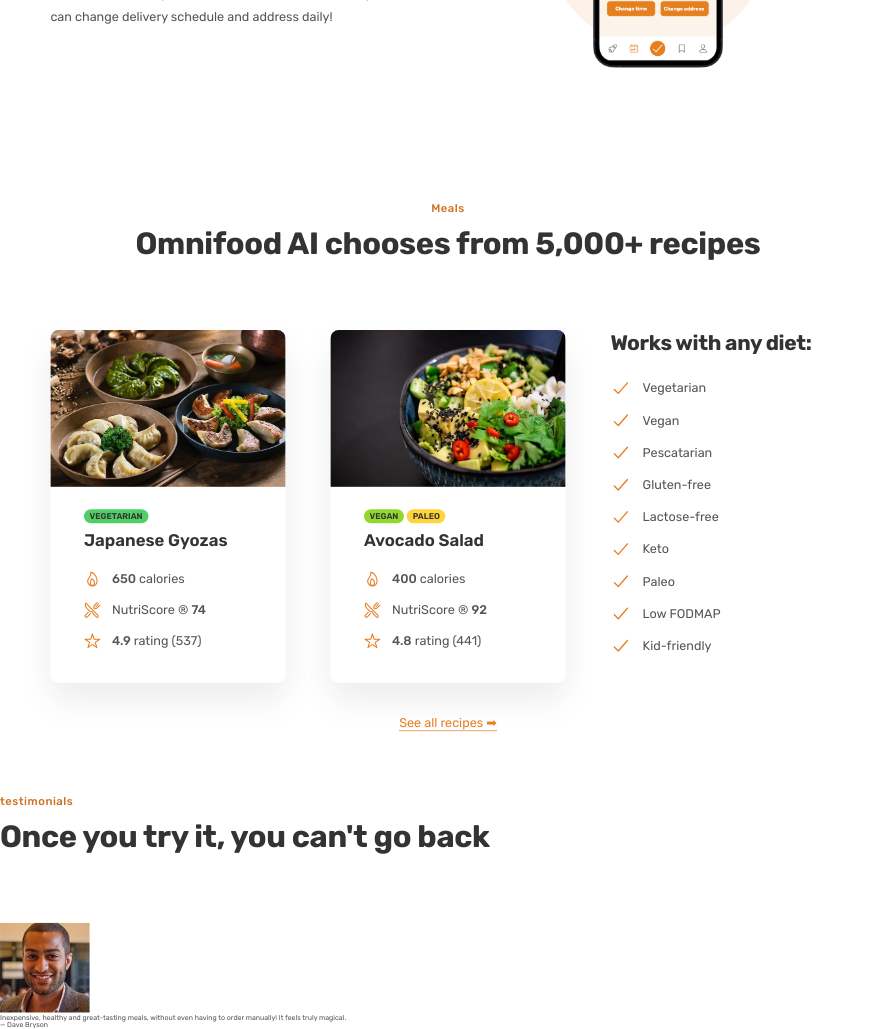
Repository: TranPhucThinh/Omnifood
Page: index.html
The author's editor kept a copy of each file at every save. The page is drawn from the files as they stood at one save, then again after the next save.
The browser window is 1280 px wide. The pictures show the part of the page from y = 2458 to 4378 px (the page is 3928 px tall before and 4378 px after), at 70% of full size.

Above is the page before, as saved 2022-08-06 21:25:48.

### index.html
<!DOCTYPE html>
<html lang="en">

<head>
    <meta charset="UTF-8">
    <meta http-equiv="X-UA-Compatible" content="IE=edge">
    <meta name="viewport" content="width=device-width, initial-scale=1.0">

    <link rel="preconnect" href="https://fonts.googleapis.com">
    <link rel="preconnect" href="https://fonts.gstatic.com" crossorigin>
    <link href="https://fonts.googleapis.com/css2?family=Rubik:wght@300;400;500;600;700;800;900&display=swap"
        rel="stylesheet">

    <link rel="stylesheet" href="./assets/styles/general.css">
    <link rel="stylesheet" href="./assets/styles/style.css">

    <title>Omnifood</title>
</head>

<body>
    <!-- SECTION HEADER -->
    <div class="header">
        <a href="#">
            <img src="./assets/imgs/omnifood-logo.png" alt="Omnifood logo" class="header-logo">
        </a>
        <nav class="main-nav">
            <ul class="main-nav-list">
                <li>
                    <a href="#" class="main-nav-link">How it works</a>
                </li>
                <li>
                    <a href="#" class="main-nav-link">Meals</a>
                </li>
                <li>
                    <a href="#" class="main-nav-link">Testimonials</a>
                </li>
                <li>
                    <a href="#" class="main-nav-link">Pricing</a>
                </li>
                <li>
                    <a href="#" class="main-nav-link nav-btn">Try for free</a>
                </li>
            </ul>
        </nav>
    </div>
    <!-- End of SECTION HEADER -->

    <!-- SECTION HERO -->
    <section class="section-hero">
        <div class="hero">
            <div class="hero-text-box">
                <h1 class="heading-primary">A healthy meal delivered to your door, every single day</h1>
                <p class="hero-desc margin-bottom-md">The smart 365-days-per-year food subscription that will make you
                    eat healthy again.
                    Tailored to your personal tastes and nutritional needs.</p>
                <a href="#" class="btn btn--full margin-right-sm">Start eating well</a>
                <a href="#" class="btn btn--outline">Learn more ⬇</a>
                <div class="delivered-meals">
                    <div class="delivered-imgs">
                        <img src="./assets/imgs/customers/customer-1.jpg" alt="customer 1">
                        <img src="./assets/imgs/customers/customer-2.jpg" alt="customer 2">
                        <img src="./assets/imgs/customers/customer-3.jpg" alt="customer 3">
                        <img src="./assets/imgs/customers/customer-4.jpg" alt="customer 4">
                        <img src="./assets/imgs/customers/customer-5.jpg" alt="customer 5">
                        <img src="./assets/imgs/customers/customer-6.jpg" alt="customer 6">
                    </div>
                    <p class="delivered-text">
                        <span>250,000+</span> meals delivered last year!
                    </p>
                </div>
            </div>
            <div class="hero-img-box">
                <img src="./assets/imgs/hero.png"
                    alt="woman enjoy food, meals in storage container, and food bowls on a table" class="hero-img">
            </div>
        </div>
    </section>
    <!-- End of SECTION HERO -->

    <!-- SECTION FEATURED -->
    <section class="section-featured">
        <div class="container">
            <h2 class="heading-feature-in">As featured in</h2>
            <div class="logos">
                <img src="./assets/imgs/logos/techcrunch.png" alt="Techcrunch logo">
                <img src="./assets/imgs/logos/business-insider.png" alt="business insider logo">
                <img src="./assets/imgs/logos/the-new-york-times.png" alt="The new york time logo">
                <img src="./assets/imgs/logos/forbes.png" alt="Forbes logo">
                <img src="./assets/imgs/logos/usa-today.png" alt="Usa today logo">
            </div>
        </div>
    </section>
    <!-- End of SECTION FEATURED -->

    <!-- SECTION HOW IT WORKS -->
    <section class="section-how">
        <div class="container">
            <p class="subheading">HOW IT WORKS</p>
            <h2 class="heading-secondary">Your daily dose of health in 3 simple steps</h2>
        </div>
        <div class="container grid grid--2-cols grid--center-vertical">
            <!-- STEP 1 -->
            <div class="step-text-box">
                <div class="step-number">01</div>
                <h3 class="heading-tertiary">Tell us what you like (and what not)</h3>
                <p class="step-desc">Never again waste time thinking about what to eat! Omnifood AI will create a 100%
                    personalized weekly meal plan just for you. It makes sure you get all the nutrients and vitamins you
                    need, no matter what diet you follow!</p>
            </div>
            <div class="step-img-box">
                <img src="./assets/imgs/app/app-screen-1.png" alt="iPhone app preferences selection screen"
                    class="step-img">
            </div>

            <!-- STEP 2 -->
            <div class="step-img-box">
                <img src="./assets/imgs/app/app-screen-2.png" alt="iPhone app
                meal approving plan screen" class="step-img">
            </div>
            <div class="step-text-box">
                <div class="step-number">02</div>
                <h3 class="heading-tertiary">Approve your weekly meal plan</h3>
                <p class="step-desc">Once per week, approve the meal plan generated for you by Omnifood AI. You can
                    change ingredients, swap entire meals, or even add your own recipes.</p>
            </div>

            <!-- STEP 3 -->
            <div class="step-text-box">
                <div class="step-number">03</div>
                <h3 class="heading-tertiary">Receive meals at convenient time</h3>
                <p class="step-desc">Best chefs in town will cook your selected meal every day, and we will deliver it
                    to your door whenever works best for you. You can change delivery schedule and address daily!</p>
            </div>
            <div class="step-img-box">
                <img src="./assets/imgs/app/app-screen-3.png" alt="iPhone app
                delivery screen" class="step-img">
            </div>
        </div>
    </section>
    <!-- End of SECTION HOW IT WORKS -->

    <!-- SECTION MEALS -->
    <section class="section-meals">
        <div class="container center-text">
            <p class="subheading">Meals</p>
            <h2 class="heading-secondary">Omnifood AI chooses from 5,000+ recipes</h2>
        </div>
        <div class="container grid grid--3-cols margin-bottom-md">
            <div class="meal">
                <img src="./assets/imgs/meals/meal-1.jpg" alt="Japanese Gyozas" class="meal-img">
                <div class="meal-content">
                    <div class="meal-tag">
                        <p class="tag tag--vegetarian">vegetarian</p>
                    </div>
                    <p class="meal-title">Japanese Gyozas</p>
                    <ul class="meal-attributes">
                        <li class="meal-attribute">
                            <ion-icon class="meal-icon" name="flame-outline"></ion-icon>
                            <span><strong>650</strong> calories</span>
                        </li>
                        <li class="meal-attribute">
                            <ion-icon class="meal-icon" name="restaurant-outline"></ion-icon>
                            <span>NutriScore ® <strong>74</strong></span>
                        </li>
                        <li class="meal-attribute">
                            <ion-icon class="meal-icon" name="star-outline"></ion-icon>
                            <span><strong>4.9</strong> rating (537)</span>
                        </li>
                    </ul>
                </div>
            </div>
            <div class="meal">
                <img src="./assets/imgs/meals/meal-2.jpg" alt="Avocado Salad" class="meal-img">
                <div class="meal-content">
                    <div class="meal-tag">
                        <p class="tag tag--vegan">vegan</p>
                        <p class="tag tag---paleo">paleo</p>
                    </div>
                    <p class="meal-title">Avocado Salad</p>
                    <ul class="meal-attributes">
                        <li class="meal-attribute">
                            <ion-icon class="meal-icon" name="flame-outline"></ion-icon>
                            <span><strong>400</strong> calories</span>
                        </li>
                        <li class="meal-attribute">
                            <ion-icon class="meal-icon" name="restaurant-outline"></ion-icon>
                            <span>NutriScore ® <strong>92</strong></span>
                        </li>
                        <li class="meal-attribute">
                            <ion-icon class="meal-icon" name="star-outline"></ion-icon>
                            <span><strong>4.8</strong> rating (441)</span>
                        </li>
                    </ul>
                </div>
            </div>
            <div class="diet">
                <h3 class="heading-tertiary">Works with any diet:</h3>
                <ul class="list">
                    <li class="list-item">
                        <ion-icon class="list-icon" name="checkmark-outline"></ion-icon>
                        <span>Vegetarian</span>
                    </li>
                    <li class="list-item">
                        <ion-icon class="list-icon" name="checkmark-outline"></ion-icon>
                        <span>Vegan</span>
                    </li>
                    <li class="list-item">
                        <ion-icon class="list-icon" name="checkmark-outline"></ion-icon>
                        <span>Pescatarian</span>
                    </li>
                    <li class="list-item">
                        <ion-icon class="list-icon" name="checkmark-outline"></ion-icon>
                        <span>Gluten-free</span>
                    </li>
                    <li class="list-item">
                        <ion-icon class="list-icon" name="checkmark-outline"></ion-icon>
                        <span>Lactose-free</span>
                    </li>
                    <li class="list-item">
                        <ion-icon class="list-icon" name="checkmark-outline"></ion-icon>
                        <span>Keto</span>
                    </li>
                    <li class="list-item">
                        <ion-icon class="list-icon" name="checkmark-outline"></ion-icon>
                        <span>Paleo</span>
                    </li>
                    <li class="list-item">
                        <ion-icon class="list-icon" name="checkmark-outline"></ion-icon>
                        <span>Low FODMAP</span>
                    </li>
                    <li class="list-item">
                        <ion-icon class="list-icon" name="checkmark-outline"></ion-icon>
                        <span>Kid-friendly</span>
                    </li>
                </ul>
            </div>
        </div>
        <div class="container all-recipes center-text">
            <a href="#" class="link">See all recipes ➡</a>
        </div>
    </section>
    <!-- End of SECTION MEALS -->

    <!-- SECTION TESTIMONIALS -->
    <div class="section-testimonials">
        <div class="testimonials-container">
            <div class="subheading">testimonials</div>
            <div class="heading-secondary">Once you try it, you can't go back</div>
            <div class="testimonials">
                <div class="testimonial">
                    <img src="./assets/imgs/customers/dave.jpg" alt="image dave" class="testimonial-img">
                    <blockquote class="testimonial-text">Inexpensive, healthy and great-tasting meals, without even
                        having to order manually! It feels truly magical.</blockquote>
                    <p class="testimonial-name">— Dave Bryson</p>
                </div>
            </div>
        </div>
        <div class="gallery">

        </div>
    </div>
    <!-- End of SECTION TESTIMONIALS -->

    <script type="module" src="https://unpkg.com/ionicons@5.5.2/dist/ionicons/ionicons.esm.js"></script>
    <script nomodule src="https://unpkg.com/ionicons@5.5.2/dist/ionicons/ionicons.js"></script>
</body>

</html>

### assets/styles/general.css
* {
  margin: 0;
  padding: 0;
  box-sizing: border-box;
}

html {
  font-size: 62.5%;
}

body {
  font-family: 'Rubik', sans-serif;
  line-height: 1;
  font-weight: 400;
  color: #555;
}

/* GENERAL REUSABLE COMPONENTS */
.container {
  max-width: 120rem;
  padding: 0 3.2rem;
  margin: 0 auto;
}

.grid {
  display: grid;
  row-gap: 9.6rem;
  column-gap: 6.4rem;
}

.grid--2-cols {
  grid-template-columns: repeat(2, 1fr);
}

.grid--3-cols {
  grid-template-columns: repeat(3, 1fr);
}

.grid--4-cols {
  grid-template-columns: repeat(4, 1fr);
}

.grid--center-vertical {
  align-items: center;
}

.heading-primary,
.heading-secondary,
.heading-tertiary {
  letter-spacing: -0.5px;
  color: #333;
  font-weight: 700;
}

.heading-primary {
  line-height: 1.05;
  font-size: 5.2rem;
  margin-bottom: 3.2rem;
}

.heading-secondary {
  font-size: 4.4rem;
  line-height: 1.2;
  margin-bottom: 9.6rem;
}

.heading-tertiary {
  font-size: 3rem;
  line-height: 1.2;
  margin-bottom: 3.2rem;
}

.subheading {
  font-size: 1.6rem;
  color: #cf711f;
  margin-bottom: 1.6rem;
  font-weight: 500;
  letter-spacing: 0.75px;
}

.hero-text-box .btn:link,
.hero-text-box .btn:visited {
  text-decoration: none;
  font-size: 2rem;
  font-weight: 600;
  display: inline-block;
  border-radius: 8px;
  padding: 1.6rem 3.2rem;
  transition: all 0.3s;
}

.hero-text-box .btn--full:link,
.hero-text-box .btn--full:visited {
  color: #fff;
  background-color: #e67e22;
}

.hero-text-box .btn--full:hover,
.hero-text-box .btn--full:active {
  background-color: #cf711f;
}

.hero-text-box .btn--outline:link,
.hero-text-box .btn--outline:visited {
  color: #555;
  background-color: #fff;
  border: -4px solid #fff;
}

.hero-text-box .btn--outline:hover,
.hero-text-box .btn--outline:active {
  background-color: #fdf2e9;
}

.step-img-box::before,
.step-img-box::after {
  content: '';
  display: block;
  position: absolute;
  top: 50%;
  left: 50%;
  transform: translate(-50%, -50%);
  border-radius: 50%;
}

.center-text {
  text-align: center;
}

.margin-right-sm {
  margin-right: 1.6rem !important;
}

.margin-bottom-md {
  margin-bottom: 4.8rem !important;
}
/* END of GENERAL REUSABLE COMPONENTS */

### assets/styles/style.css
/* Section Header */
.header {
  display: flex;
  justify-content: space-between;
  height: 9.6rem;
  align-items: center;
  padding: 0 4.8rem;
  background-color: #fdf2e9;
}

.header-logo {
  height: 2.2rem;
}

.main-nav-list {
  display: flex;
  list-style-type: none;
  gap: 3.2rem;
}

.main-nav-link:link,
.main-nav-link:visited {
  text-decoration: none;
  font-size: 1.8rem;
  color: #333;
  font-weight: 500;
  transition: all 0.3s;
}

.main-nav-link:hover,
.main-nav-link:active {
  color: #cf711f;
}

.main-nav-link.nav-btn:link,
.main-nav-link.nav-btn:visited {
  padding: 1.2rem 2.4rem;
  border-radius: 9px;
  background-color: #e67e22;
  color: #fff;
}

.main-nav-link.nav-btn:hover,
.main-nav-link.nav-btn:active {
  color: #fff;
  background-color: #cf711f;
}
/* End of Section Header */

/* Section Hero */
.section-hero {
  background-color: #fdf2e9;
  padding: 4.8rem 0 9.6rem;
}

.hero {
  max-width: 130rem;
  margin: 0 auto;
  display: grid;
  grid-template-columns: 1fr 1fr;
  gap: 9.6rem;
  padding: 0 3.2rem;
  align-items: center;
}

.hero-text-box .hero-desc {
  font-size: 2rem;
  color: #555;
  line-height: 1.6;
  /* margin-bottom: 4.8rem; */
}

.hero-img-box .hero-img {
  width: 100%;
}

.delivered-meals {
  margin-top: 8rem;
  display: flex;
  align-items: center;
  gap: 1.6rem;
}

.delivered-imgs {
  display: flex;
}

.delivered-imgs img {
  width: 4.8rem;
  height: 4.8rem;
  border-radius: 50%;
  border: 3px solid #fff;
  margin-right: -1.6rem;
}

.delivered-imgs img:last-child {
  margin-right: 0;
}

.delivered-text {
  font-size: 1.8rem;
  font-weight: 600;
}

.delivered-text span {
  font-weight: 700;
  color: #cf711f;
}
/* End of Section Hero */

/* Section featured */
.section-featured {
  padding: 4.8rem 0 3.2rem;
}
.logos {
  display: flex;
  justify-content: space-around;
}

.heading-feature-in {
  font-size: 1.4rem;
  text-transform: uppercase;
  letter-spacing: 0.75px;
  font-weight: 500;
  color: #888;
  text-align: center;
  margin-bottom: 2.4rem;
}

.section-featured img {
  height: 3.2rem;
  filter: brightness(0%);
  opacity: 0.5;
}
/* End of Section featured */

/* Section how it works */
.section-how {
  padding: 9.6rem 0;
}
.step-number {
  font-size: 8.6rem;
  color: #ddd;
  font-weight: 600;
  margin-bottom: 1.2rem;
}

.step-desc {
  font-size: 1.8rem;
  color: #555;
  line-height: 1.8;
}

.step-img-box {
  text-align: center;
  position: relative;
}

.step-img-box::before {
  width: 60%;
  padding-bottom: 60%;

  background-color: #fdf2e9;
  z-index: -2;
}

.step-img-box::after {
  width: 45%;
  padding-bottom: 45%;
  background-color: #fae5d3;
  z-index: -1;
}

.step-img {
  width: 35%;
}
/* End of Section how it works */

/* Section meals */
.section-meals {
  padding: 9.6rem 0;
}
.meal {
  border-radius: 12px;
  overflow: hidden;
  box-shadow: 0 2.4rem 4.8rem rgb(0 0 0 / 8%);
  transition: all 0.4s;
}

.meal:hover {
  transform: translateY(-1.2rem);
}

.meal-img {
  width: 100%;
  display: block;
}

.meal-content {
  padding: 3.2rem 4.8rem 4.8rem;
}

.meal-tag {
  margin-bottom: 1.2rem;
}

.tag {
  display: inline-block;
  font-size: 1.2rem;
  text-transform: uppercase;
  color: #333;
  font-weight: 600;
  padding: 4px 8px;
  border-radius: 12px;
}

.tag--vegetarian {
  background-color: #51cf66;
}

.tag--vegan {
  background-color: #94d82d;
  margin-right: 2px;
}

.tag---paleo {
  background-color: #ffd43b;
}

.meal-title {
  font-size: 2.4rem;
  color: #333;
  font-weight: 600;
  margin-bottom: 3.2rem;
}

.meal-attributes {
  list-style-type: none;
  display: flex;
  flex-direction: column;
  justify-content: space-between;
  gap: 2rem;
}

.meal-attribute {
  font-size: 1.8rem;
  display: flex;
  gap: 1.6rem;
  align-items: center;
}

.meal-attribute strong {
  font-weight: 500;
}

.meal-attribute .meal-icon {
  width: 2.4rem;
  height: 2.4rem;
  color: #e67e22;
}

.list {
  list-style-type: none;
  display: flex;
  flex-direction: column;
  gap: 1.6rem;
}

.list-item {
  display: flex;
  gap: 1.6rem;
  align-items: center;
  font-size: 1.8rem;
}

.list-icon {
  width: 3rem;
  height: 3rem;
  color: #e67e22;
}

.link:link,
.link:visited {
  font-size: 1.8rem;
  border-bottom: 1px solid #e67e22;
  color: #e67e22;
  text-decoration: none;
  transition: all 0.3s;
}

.link:hover,
.link:active {
  color: #cf711f;
  border-bottom: 1px solid transparent;
}
/* End of Section meals */

After the next save:
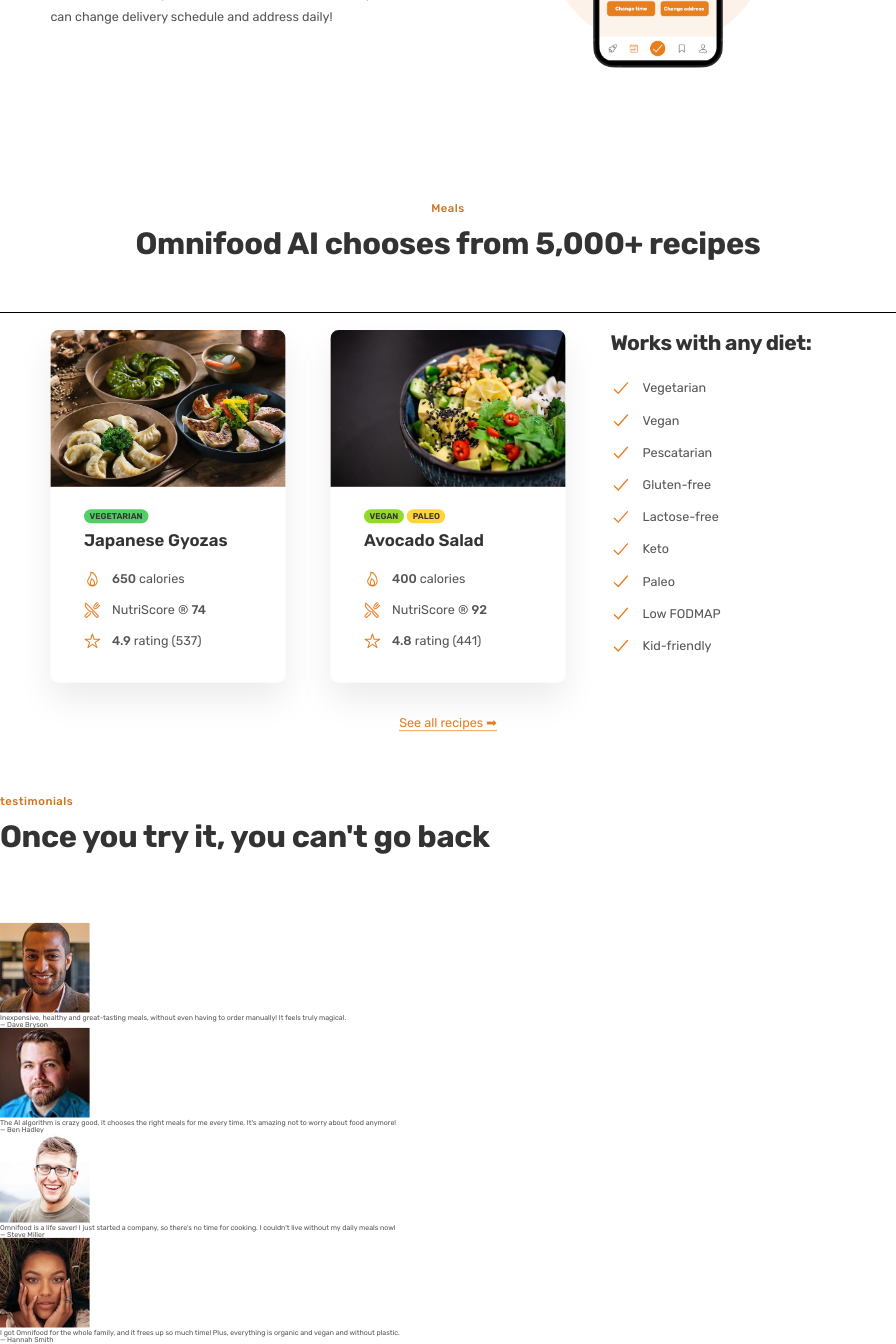
Saved 3 min 18 s later.
--- a/index.html
+++ b/index.html
@@ -248,11 +248,33 @@
             <div class="heading-secondary">Once you try it, you can't go back</div>
             <div class="testimonials">
                 <div class="testimonial">
-                    <img src="./assets/imgs/customers/dave.jpg" alt="image dave" class="testimonial-img">
+                    <img src="./assets/imgs/customers/dave.jpg" alt="Photo of customer Dave Bryson"
+                        class="testimonial-img">
                     <blockquote class="testimonial-text">Inexpensive, healthy and great-tasting meals, without even
                         having to order manually! It feels truly magical.</blockquote>
                     <p class="testimonial-name">— Dave Bryson</p>
                 </div>
+                <div class="testimonial">
+                    <img src="./assets/imgs/customers/ben.jpg" alt="Photo of customer Ben Hadley"
+                        class="testimonial-img">
+                    <blockquote class="testimonial-text">The AI algorithm is crazy good, it chooses the right meals for
+                        me every time. It's amazing not to worry about food anymore!</blockquote>
+                    <p class="testimonial-name">— Ben Hadley</p>
+                </div>
+                <div class="testimonial">
+                    <img src="./assets/imgs/customers/steve.jpg" alt="Photo of customer Steve Miller"
+                        class="testimonial-img">
+                    <blockquote class="testimonial-text">Omnifood is a life saver! I just started a company, so there's
+                        no time for cooking. I couldn't live without my daily meals now!</blockquote>
+                    <p class="testimonial-name">— Steve Miller</p>
+                </div>
+                <div class="testimonial">
+                    <img src="./assets/imgs/customers/hannah.jpg" alt="Photo of customer Hannah Smith"
+                        class="testimonial-img">
+                    <blockquote class="testimonial-text">I got Omnifood for the whole family, and it frees up so much
+                        time! Plus, everything is organic and vegan and without plastic.</blockquote>
+                    <p class="testimonial-name">— Hannah Smith</p>
+                </div>
             </div>
         </div>
         <div class="gallery">
